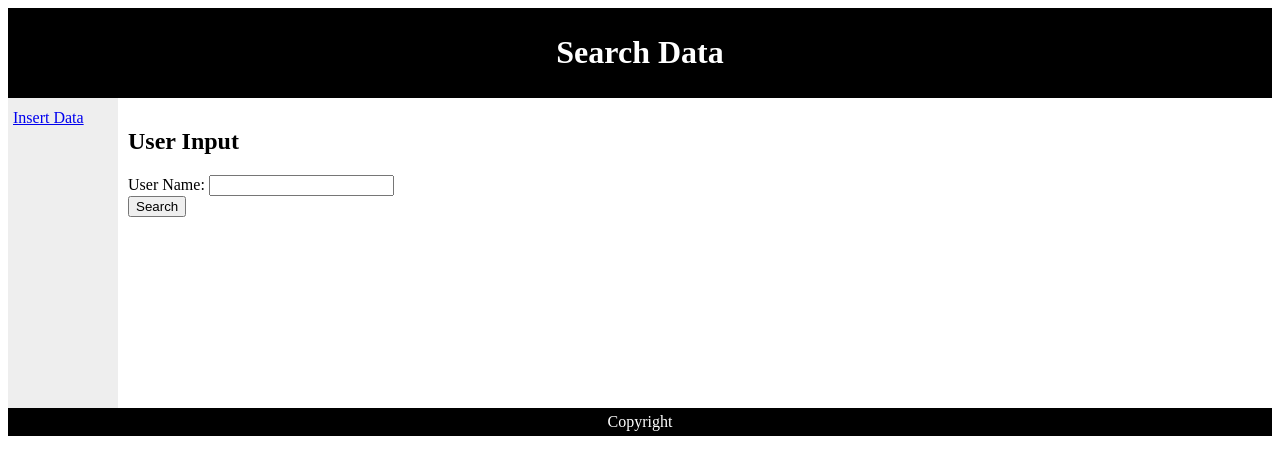
Repository: wthompson2/SoftwareEngineering4830
Page: WeightWatcherWebsiteThompson/WebContent/search_thompson.html
These files come from the project's save history. The page is drawn as it stood at one moment and after the next save; the edit follows.
The browser window is 1280 px wide. The pictures show the whole page.

Above is the page before, as saved 2020-02-27 03:13:49.

### WeightWatcherWebsiteThompson/WebContent/search_thompson.html
<html>
<head>
<style>
header {
    background-color:black;
    color:white;
    text-align:center;
    padding:5px;
}
nav {
    line-height:30px;
    background-color:#eeeeee;
    height:300px;
    width:100px;
    float:left;
    padding:5px;
}
section {
    width:350px;
    float:left;
    padding:10px;
}
footer {
    background-color:black;
    color:white;
    clear:both;
    text-align:center;
    padding:5px;
}
</style>
</head>

<body>
<header>
<h1> Search Data </h1>
</header>

<nav>
<a href="/WeightWatchersWebsiteThompson/insert_thompson.html">Insert Data</a> <br>
</nav>

<section>
	<h1>User Input</h1>

	<form action="SearchThompson" method="POST">

		User Name: <input type="text" name="keyword"> <br />

		<input type="submit" value="Search" />
	</form>

</section>

<footer>
Copyright
</footer>
</body>
</html>

After the next save:
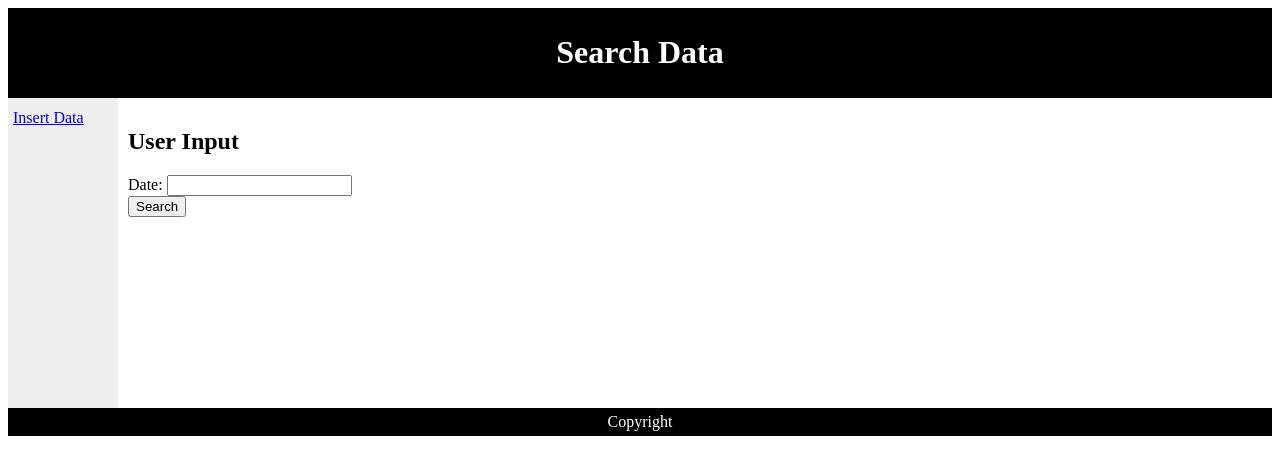
Saved 73 s later.
--- a/WeightWatcherWebsiteThompson/WebContent/search_thompson.html
+++ b/WeightWatcherWebsiteThompson/WebContent/search_thompson.html
@@ -44,7 +44,7 @@
 
 	<form action="SearchThompson" method="POST">
 
-		User Name: <input type="text" name="keyword"> <br />
+		Date: <input type="text" name="keyword"> <br />
 
 		<input type="submit" value="Search" />
 	</form>
